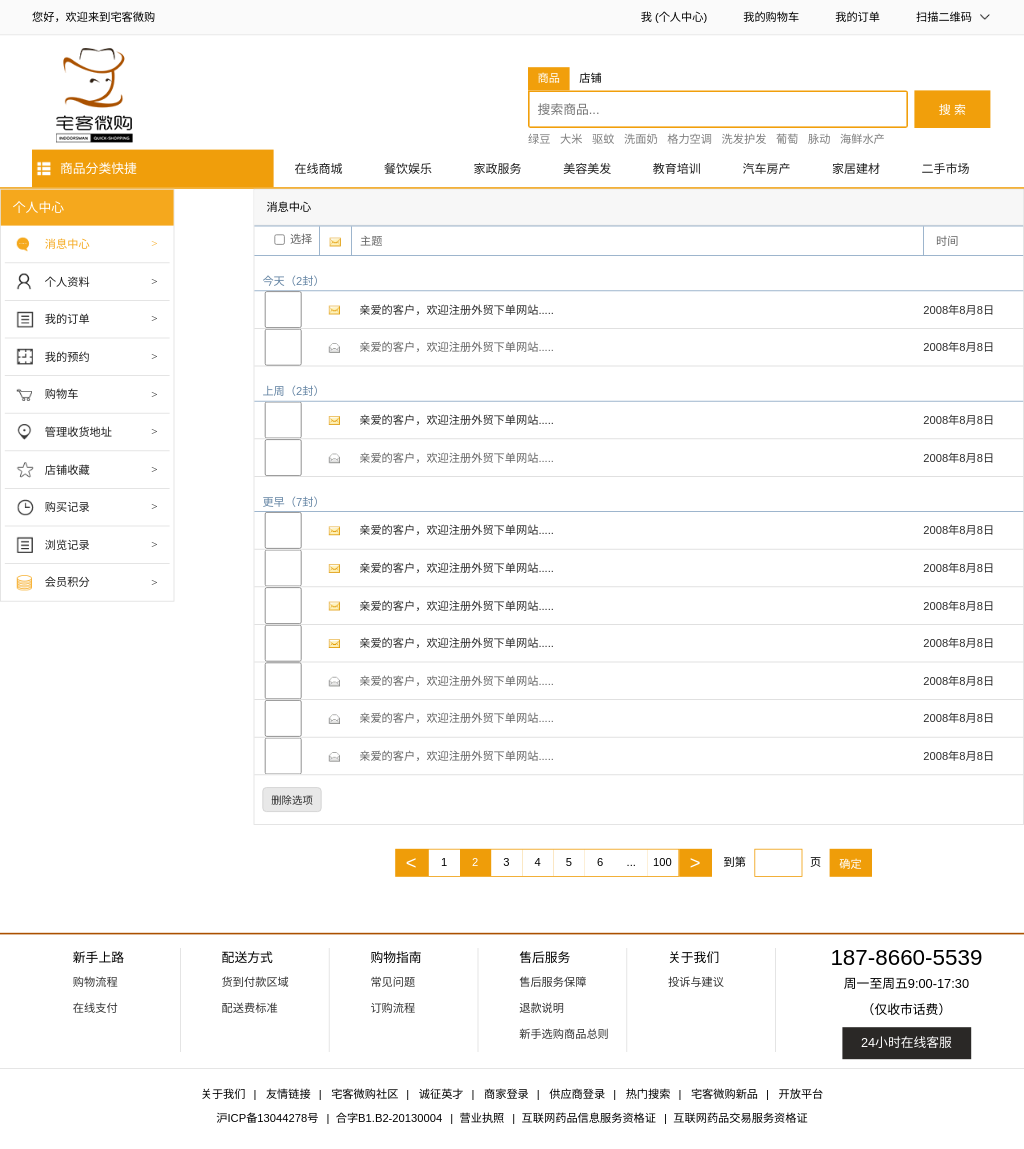
Repository: hucongting/MobliePhoneMall
Page: http://localhost/HelloMall/home/my_message.jsp
These files come from the project's save history. The page is drawn as it stood at one moment and after the next save; the edit follows.
The browser window is 1280 px wide. The pictures show the whole page, at 80% of full size.
The page is served by Tomcat 9. Nobody is signed in. The application's start-up code is not run.

Above is the page before, as saved 2018-09-01 06:34:37.

After the next save:
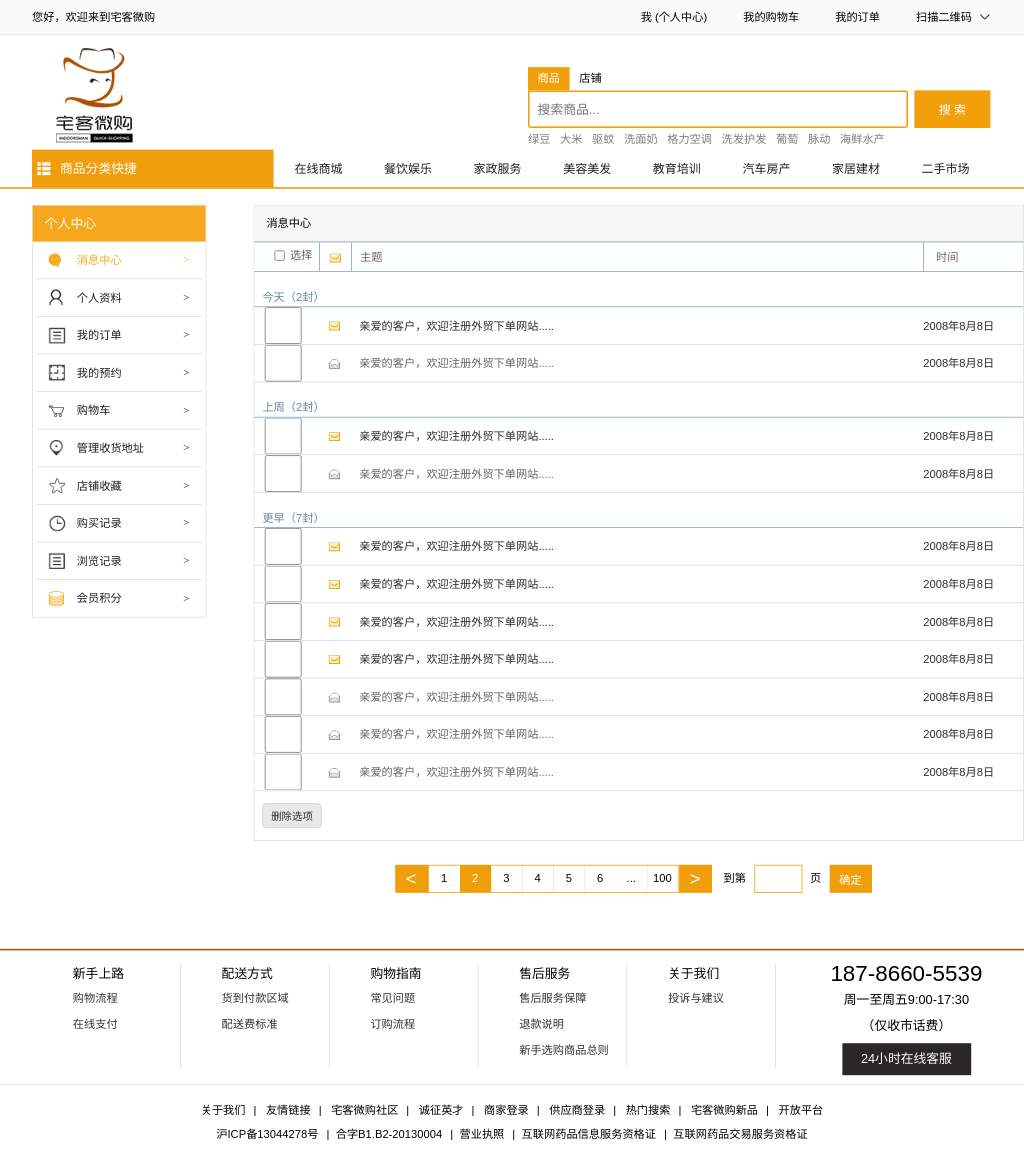
Saved 14 s later.
--- a/HelloMall/src/main/webapp/home/my_message.jsp
+++ b/HelloMall/src/main/webapp/home/my_message.jsp
@@ -15,10 +15,10 @@
 
 	<jsp:include page="top.jsp"></jsp:include>
 
-        </div>
+
 
         <!--内容开始-->
-
+    <div class="personal w1200">
     	<div class="personal-left f-l">
         	<div class="personal-l-tit">
             	<h3>个人中心</h3>
@@ -36,7 +36,7 @@
             	<li class="per-li10"><a href="vip_score.html">会员积分<span>></span></a></li>
             </ul>
         </div>
-
+    </div>
     	<div class="personal-r f-r">
         	<div class="personal-right">
                 <div class="personal-r-tit">
